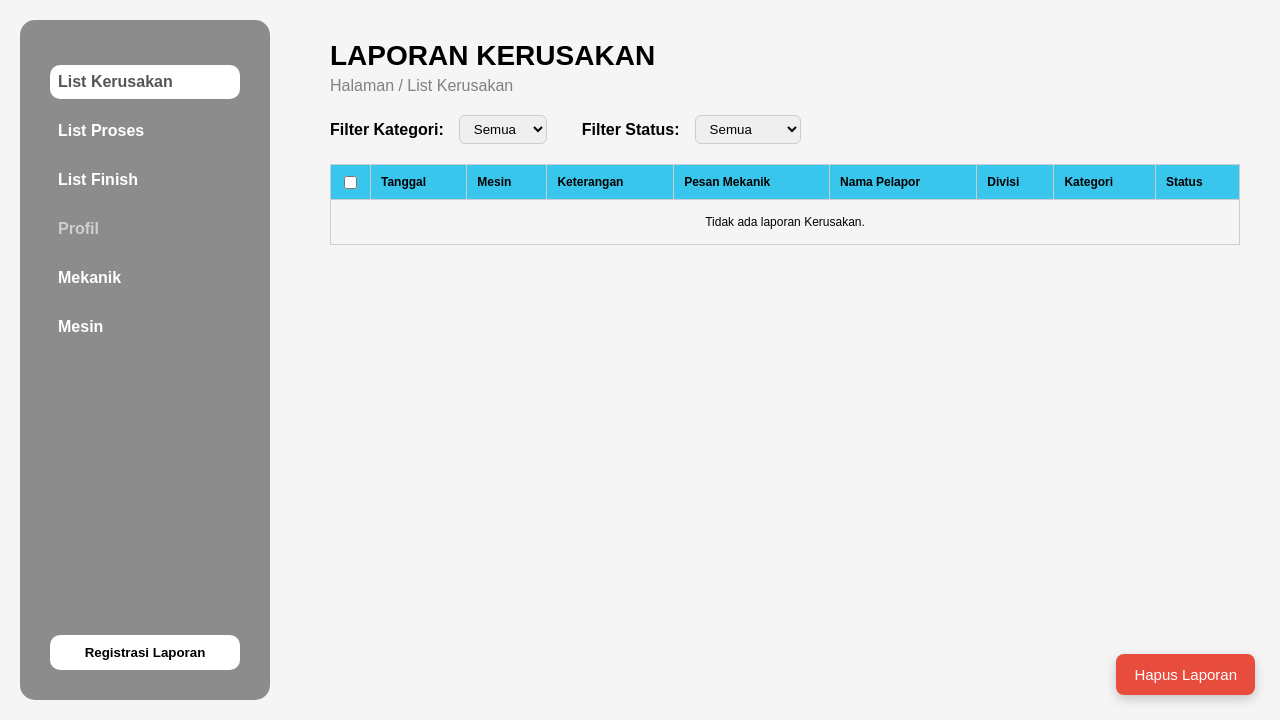
Repository: 1rHub/maintenance
Page: http://localhost/dashboard_laporan.php
An editor plug-in stored every save of this project. The page is shown before and after a run of saves, followed by the edit.
The browser window is 1280 px wide. The pictures show the whole page.
The page is run by PHP 8.4 with error messages shown; the project is at /var/www/html/. Queries for data that is not in the repository find no rows.

Above is the page before, as saved 2025-10-22 16:56:09.

### assets/css/style.css
* {
	margin: 0;
	padding: 0;
	box-sizing: border-box;
}

body {
	font-family: -apple-system, BlinkMacSystemFont, 'Segoe UI', Roboto, Oxygen, Ubuntu, Cantarell, sans-serif;
	background-color: #f5f5f5;
	display: flex;
	height: 100vh;
}

.sidebar {
	width: 250px;
	background-color: #8c8c8c;
	padding: 30px;
	display: flex;
	flex-direction: column;
	justify-content: space-between;
	border-radius: 15px;
	margin: 20px;
}

.menu {
	list-style: none;
}

.menu li {
	margin: 15px 0;
}

.menu a {
	text-decoration: none;
	font-weight: bold;
	font-size: 16px;
	color: white;
	display: block;
	padding: 8px 8px;
	border-radius: 10px;
}

.menu a.active {
	background-color: white;
	color: #555;
}

.menu a.disabled {
	color: #cfcfcf;
	pointer-events: none;
}

.register-btn {
	background-color: white;
	border: none;
	padding: 10px;
	border-radius: 10px;
	font-weight: bold;
	cursor: pointer;
}

.main-content {
	flex: 1;
	padding: 40px;
	background: ;
}

.main-content h1 {
	font-size: 28px;
	font-weight: bold;
}

.main-content2 {
	margin-bottom: 38px;
}

.breadcrumb {
	margin-top: 5px;
	color: gray;
}

/* silang pada Detail Laporan */
.popup {
	display: none;
	position: fixed;
	top: 0;
	left: 0;
	width: 100%;
	height: 100%;
	background: rgba(0, 0, 0, 0.5);
	justify-content: center;
	align-items: center;
	z-index: 1000;
}

.popup-content {
	background: #fff;
	padding: 20px;
	border-radius: 12px;
	width: 400px;
	position: relative;
}

.close-btn {
	float: right;
	position: absolute;
	top: 40px;
	right: 40px;
	font-weight: bold;
	font-size: 25px;
	color: #909090;
	cursor: pointer;
	z-index: 10000;
	/* pastikan di atas semua isi popup */
}

.close-btn:hover {
	color: #000;
}

.popup-content h2 {
	margin-bottom: 15px;
}

.popup-content label {
	display: block;
	margin-top: 10px;
	font-weight: bold;
}

.popup-content input,
.popup-content select,
.popup-content textarea {
	width: 100%;
	padding: 8px;
	margin-top: 5px;
	border-radius: 5px;
	border: 1px solid #ccc;
}

.popup-content button {
	margin-top: 15px;
	padding: 10px;
	border: none;
	border-radius: 8px;
	background: #8c8c8c;
	color: white;
	font-weight: bold;
	cursor: pointer;
}

.hapus-float-btn {
	position: fixed;
	bottom: 25px;
	right: 25px;
	background-color: #e74c3c;
	color: white;
	padding: 12px 18px;
	border: none;
	border-radius: 8px;
	cursor: pointer;
	font-size: 15px;
	box-shadow: 0 4px 12px rgba(0, 0, 0, 0.2);
	transition: all 0.25s ease;
	z-index: 1000;
}

.hapus-float-btn:hover {
	background-color: #c0392b;
	transform: scale(1.05);
}

table {
	font-size: 12px;
	margin-top: 20px;
	width: 100%;
	border-collapse: collapse;
}

table thead {
	background: #39c6ed;
}

table,
th,
td {
	border: 1px solid #ccc;
}

th,
td {
	padding: 10px;
	text-align: left;
}

.filter {
	display: flex;
	align-items: center;
	gap: 15px;
	margin-top: 20px;
	margin-bottom: 15px;
}

.filter label {
	font-weight: bold;
}

.filter input[type="date"],
.filter select {
	padding: 5px 10px;
	border: 1px solid #ccc;
	border-radius: 6px;
	cursor: pointer;
}

.filter button {
	background-color: #39c6ed;
	color: white;
	border: none;
	border-radius: 6px;
	padding: 6px 12px;
	cursor: pointer;
	transition: 0.2s;
}

.filter button:hover {
	background-color: #666;
}

.success {
	color: green;
	font-weight: bold;
	margin-top: 10px;
}

.warning {

	color: #ff0000;
	font-weight: bold;
	margin-top: 10px;
}

.kategori {
	font-weight: bold;
	padding: 6px;
	border-radius: 6px;
	color: #fff;
	text-align: center;
}

.kategori.biasa {
	display: list-item;
	margin-top: 3px;
	color: #29b513;

}

.kategori.sedang {
	display: list-item;
	margin-top: 3px;
	color: #efae15;
}

.kategori.urgent {
	display: list-item;
	margin-top: 3px;
	color: #e74c3c;
}

#laporanTable a {
	color: inherit;
	text-decoration: none;
	cursor: pointer;
}

@keyframes fadeIn {
	from {
		opacity: 0;
		transform: scale(0.9);
	}

	to {
		opacity: 1;
		transform: scale(1);
	}
}

a {
	color: inherit;
	text-decoration: none;
}

a:hover {
	text-decoration: underline;
}

.mekanik-list {
	display: flex;
	flex-direction: column;
	gap: 8px;
	margin-top: 10px;
}

.mekanik-item {
	display: flex;
	align-items: center;
	gap: 10px;
}

.mekanik-item label {
	font-weight: 400;
	color: #000000;
	cursor: pointer;
}

.mekanik-item input[type="checkbox"] {
	width: 18px;
	height: 18px;
	accent-color: #555;
	cursor: pointer;
}

.header-container {
	display: flex;
	justify-content: space-between;
	align-items: center;
}

.menu-opsi {
	position: relative;
	display: inline-block;
}

.menu-btn {
	background: none;
	border: none;
	font-size: 22px;
	cursor: pointer;
	padding: 5px;
	color: #333;
}

.dropdown-menu {
	display: none;
	position: absolute;
	right: 0;
	top: 30px;
	background-color: white;
	border: 1px solid #ddd;
	border-radius: 6px;
	box-shadow: 0 5px 15px rgba(0, 0, 0, 0.1);
	z-index: 100;
	width: 180px;
}

.dropdown-menu button {
	width: 100%;
	border: none;
	background: none;
	padding: 10px;
	text-align: left;
	cursor: pointer;
	font-size: 14px;
}

.dropdown-menu button:hover {
	background-color: #f0f0f0;
}

.status.ditunda {
	font-style: italic;
}

.temp-alert {
	position: fixed;
	top: 80px;
	right: 30px;
	background-color: 1;
	color: #2c3e50;
	padding: 12px 20px;
	border-radius: 6px;
	box-shadow: 0 4px 10px rgba(0, 0, 0, 0.15);
	font-size: 14px;
	z-index: 2000;
	opacity: 1;
	transition: opacity 0.5s ease;
}

/* Warna untuk jenis alert berbeda */
.temp-alert.warning {
	color: rgb(255, 196, 0);
}

.temp-alert.success {
	background-color: #27ae60;
	color: white;
}

.temp-alert.error {
	background-color: #e74c3c;
	color: white;
}

.temp-alert.info {
	background-color: #3498db;
	color: white;
}

.laporan-header {
	text-align: center;
	margin-bottom: 20px;
}

.laporan-header img {
	width: 250px;
	height: auto;
	margin-bottom: 10px;
}

.laporan-header h2 {
	margin: 0;
	font-size: 15px;
	color: #333;
}

.filter {
	margin-bottom: 15px;
}

/* Sembunyikan elemen ini saat mencetak */
@media print {

	.filter,
	.menu-opsi,
	.sidebar {
		display: none !important;
	}

	.main-content {
		margin-left: 0;
	}
}

#noData {
	display: none;
	text-align: center;
	color: #000000ff;
	font-size: 12px;
	margin-top: 30px;
}

body {
	font-family: Arial, sans-serif;
}

.mekanik-container {
	margin-left: 220px;
	padding: 20px;
}

.mekanik-list {
	display: grid;
	grid-template-columns: repeat(auto-fill, minmax(220px, 1fr));
	gap: 16px;
	margin-top: 20px;
}

.mekanik-card {
	background: white;
	border-radius: 10px;
	box-shadow: 0 5px 15px rgba(0, 0, 0, 0.1);
	padding: 16px;
	text-align: center;
	transition: 0.3s;
	cursor: pointer;
}

.mekanik-card:hover {
	background: #39c6ed;
	color: white;
	transform: translateY(-3px);
}

.editable {
	border: none;
	background: transparent;
	text-align: center;
	width: 100%;
	font-size: 16px;
	font-weight: 500;
	outline: none;
	cursor: pointer;
}

.float-btn {
	position: fixed;
	bottom: 25px;
	right: 25px;
	background: #39c6ed;
	color: white;
	border: none;
	border-radius: 50%;
	width: 55px;
	height: 55px;
	font-size: 28px;
	cursor: pointer;
	box-shadow: 0 5px 15px rgba(0, 0, 0, 0.3);
}

.popup {
	display: none;
	position: fixed;
	top: 0;
	left: 0;
	width: 100%;
	height: 100%;
	background-color: rgba(0, 0, 0, 0.4);
	justify-content: center;
	align-items: center;
	z-index: 999;
}

.popup-content {
	background: white;
	padding: 35px;
	border-radius: 10px;
	width: 550px;
	max-height: 85vh;
	overflow-y: auto;
	animation: fadeIn 0.3s ease;
}

@keyframes fadeIn {
	from {
		opacity: 0;
		transform: translateY(-10px);
	}

	to {
		opacity: 1;
		transform: translateY(0);
	}
}

.popup-content table {
	width: 100%;
	border-collapse: collapse;
}

.popup-content th,
.popup-content td {
	border: 1px solid #ccc;
	padding: 8px;
	text-align: center;
}

.btn-row {
	margin-top: 20px;
	display: flex;
	justify-content: flex-end;
	gap: 10px;
}

.hapus-btn {
	background: #e74c3c !important;
	border: none;
	color: white;
	padding: 8px 16px;
	border-radius: 6px;
	cursor: pointer;
	font-size: 15px;
}

.edit-btn {
	background: #39c6ed !important;
	border: none;
	color: white;
	padding: 8px 16px;
	border-radius: 6px;
	cursor: pointer;
	font-size: 15px;
}

.close-btn {
	float: right;
	cursor: pointer;
	font-size: 20px;
}

#editNamaInput {
	display: none;
	width: 80%;
	padding: 6px;
	margin-top: 8px;
	border-radius: 5px;
	border: 1px solid #ccc;
	text-align: center;
}

/* === STYLISH CHECKBOX MEKANIK === */
#mekanikList {
	display: flex;
	flex-direction: column;
	gap: 10px;
	margin-top: 10px;
}

#mekanikList label {
	display: flex;
	align-items: center;
	background: #f8f9fa;
	border: 1px solid #ddd;
	border-radius: 10px;
	padding: 8px 12px;
	cursor: pointer;
	transition: 0.25s ease;
	font-weight: 500;
	color: #333;
	margin: 1px;
}

#mekanikList label:hover {
	background: #e9f8ff;
	border-color: #39c6ed;
}

#mekanikList input[type="checkbox"] {
	appearance: none;
	width: 20px;
	height: 20px;
	border: 2px solid #ccc;
	border-radius: 6px;
	margin-right: 12px;
	position: relative;
	transition: 0.2s;
}

#mekanikList input[type="checkbox"]:checked {
	background-color: #39c6ed;
	border-color: #39c6ed;
}

#mekanikList input[type="checkbox"]:checked::after {
	content: "✓";
	color: white;
	font-size: 13px;
	position: absolute;
	top: 1px;
	left: 3px;
}

#mekanikList input[type="checkbox"]:disabled {
	opacity: 0.6;
	cursor: not-allowed;
}

Loaded but not shown: sidebar.php (43 lines, source omitted); koneksi.php (12 lines, source omitted); dashboard_laporan.php (442 lines, source omitted)

After the next 4 saves:
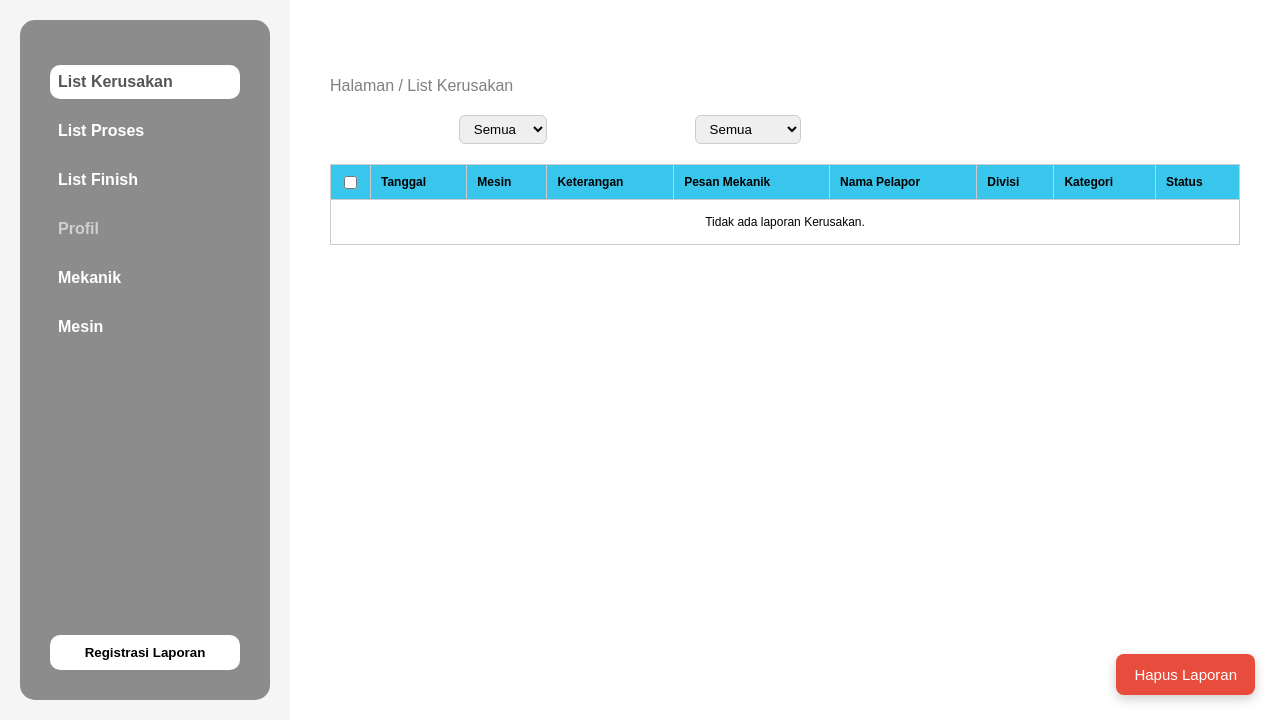
The 4 saves are shown as one change because they came seconds apart.
The last was saved 11 s later.
--- a/assets/css/style.css
+++ b/assets/css/style.css
@@ -62,7 +62,8 @@
 .main-content {
 	flex: 1;
 	padding: 40px;
-	background: ;
+	background: #fff;
+	color: white;
 }
 
 .main-content h1 {

After the save that followed:
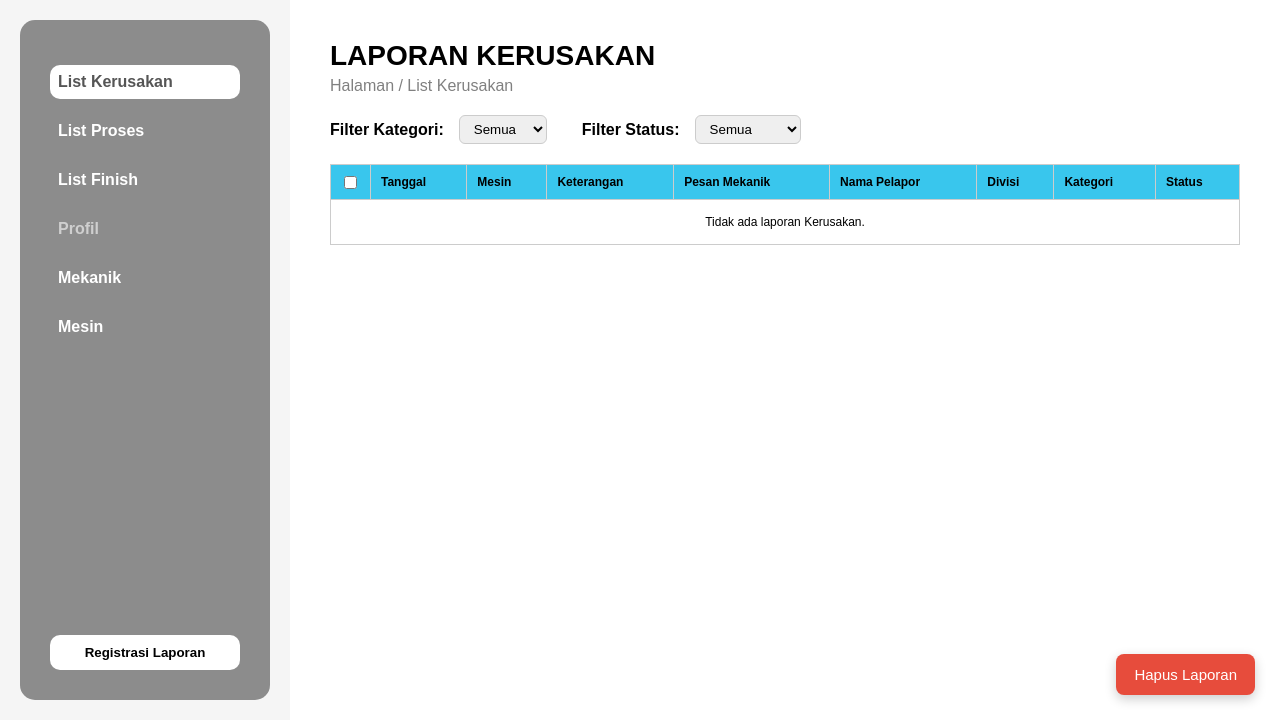
Saved 7 s later.
--- a/assets/css/style.css
+++ b/assets/css/style.css
@@ -63,7 +63,7 @@
 	flex: 1;
 	padding: 40px;
 	background: #fff;
-	color: white;
+
 }
 
 .main-content h1 {
